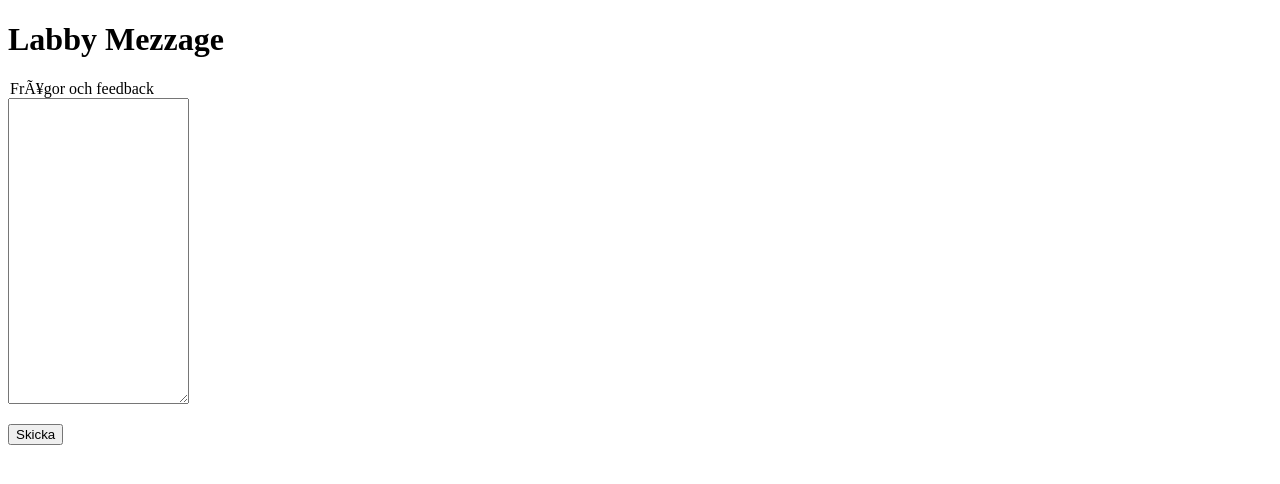
Repository: em222mt/1dv403-laborationer
Page: 2-labbymezzage/Index.html
The author's editor kept a record of every edit. The page is drawn from the files as they stood at one moment, then again after the next edit.
The browser window is 1280 px wide. The pictures show the whole page.

Above is the page before.

### 2-labbymezzage/Index.html
<!DOCTYPE html>
<html lang="sv">
<head>
	<meta charset="UTF-8" />
 	<title>Labby Mezzage</title>

</head>
    <body>
        <h1>Labby Mezzage</h1>

		<form>
            <legend class="formframe">FrÃ¥gor och feedback</legend>
            <textarea class="formunit" id="formtext" for="textarea" cols="20" rows="20"></textarea>
            <p id="value"></p>
            <input id="send" type="submit" value="Skicka" />
        </form>

    	  <script src="Message.js"></script>
    	  <script src="MessageBoard.js"></script>

    </body>
</html>

Loaded but not shown: 2-labbymezzage/js/Message.js (no copy from this time; the picture is the same without it); 2-labbymezzage/js/MessageBoard.js (no copy from this time; the picture is the same without it)

After the next edit:
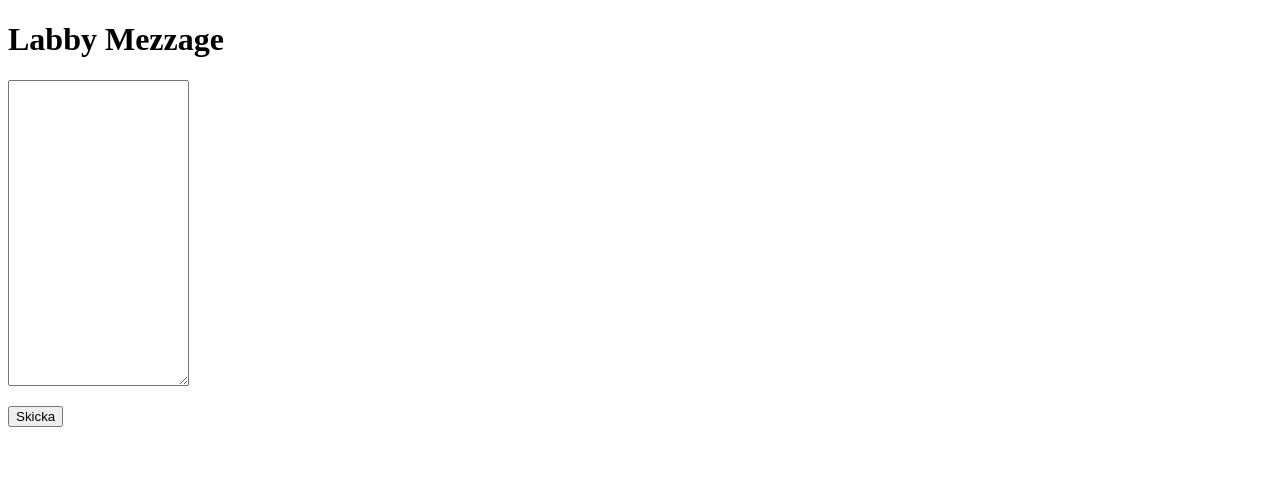
The edit:
--- a/2-labbymezzage/Index.html
+++ b/2-labbymezzage/Index.html
@@ -9,7 +9,6 @@
         <h1>Labby Mezzage</h1>
 
 		<form>
-            <legend class="formframe">FrÃ¥gor och feedback</legend>
             <textarea class="formunit" id="formtext" for="textarea" cols="20" rows="20"></textarea>
             <p id="value"></p>
             <input id="send" type="submit" value="Skicka" />
